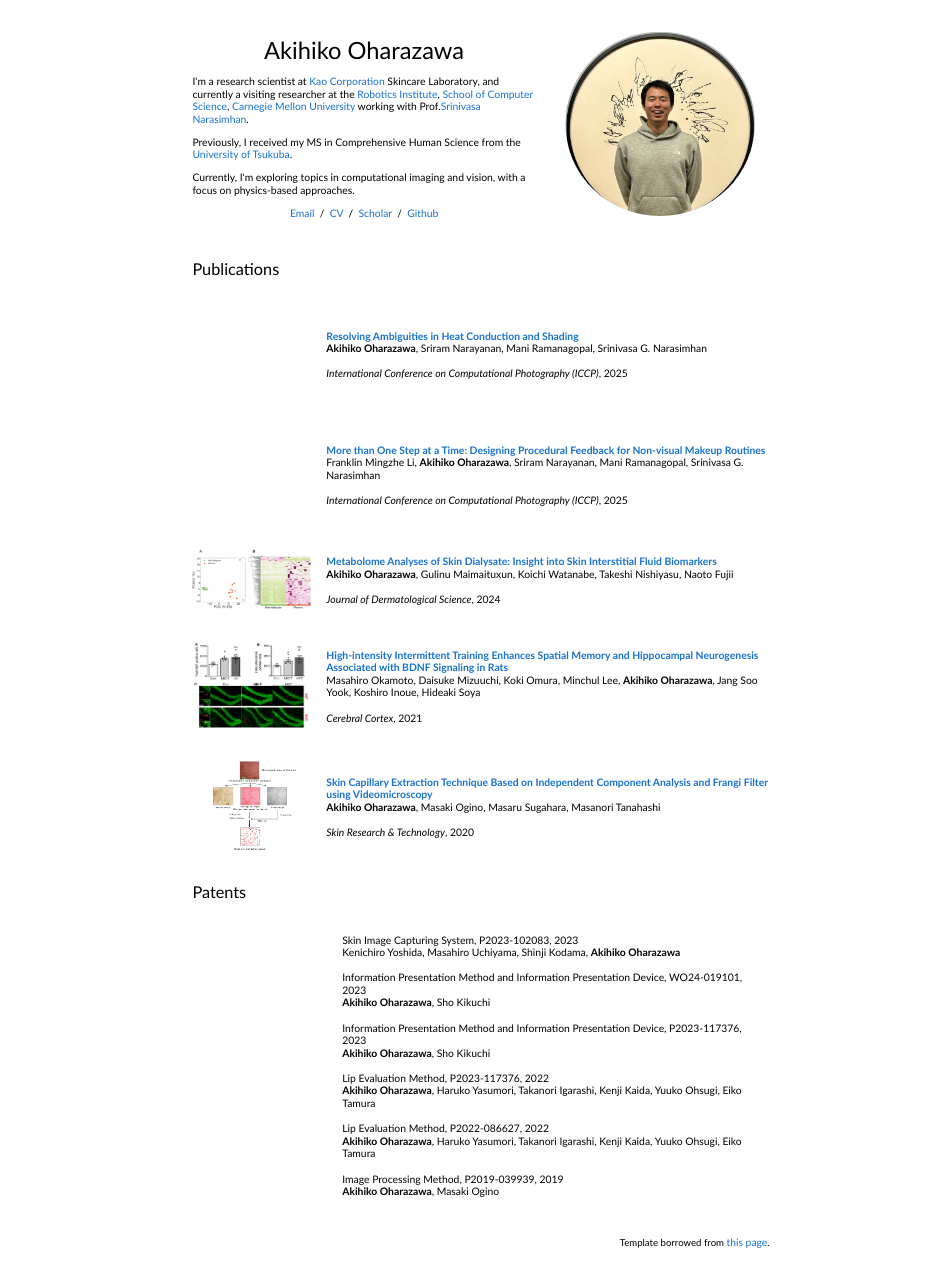
Repository: akihikooharazawa/akihikooharazawa.github.io
Page: index.html
An editor plug-in stored every save of this project. The page is shown before and after the next save, followed by the edit.
The browser window is 1280 px wide. The pictures show the whole page, at 74% of full size.
Pictures or frames that could not be fetched are drawn as grey boxes.

Above is the page before, as saved 2025-07-25 11:29:04.

After the next save:
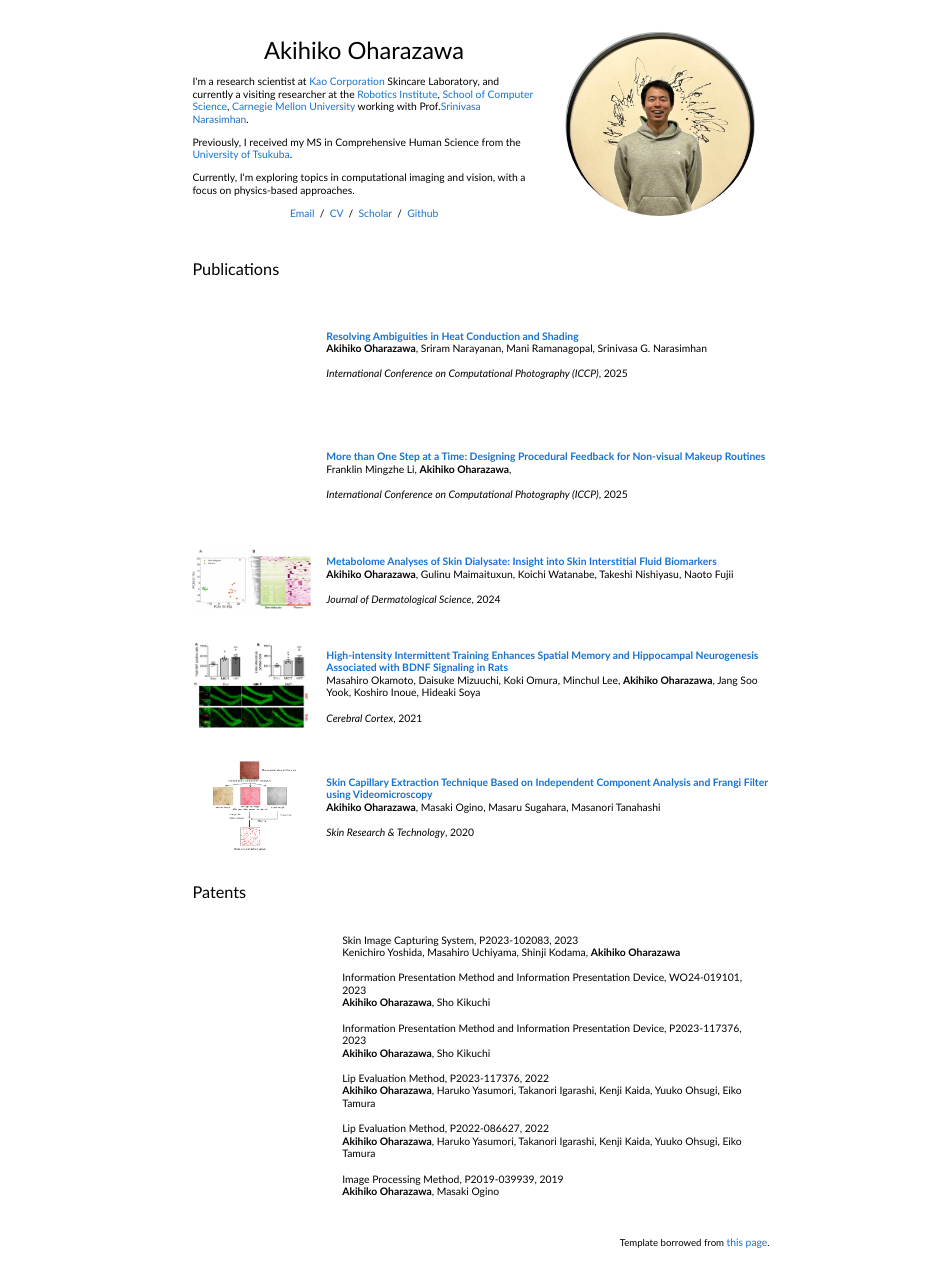
Saved 7 s later.
--- a/index.html
+++ b/index.html
@@ -96,7 +96,7 @@
                   <span class="papertitle">More than One Step at a Time: Designing Procedural Feedback for Non-visual Makeup Routines</span>
                 </a>
                 <br>
-                Franklin Mingzhe Li, <strong>Akihiko Oharazawa</strong>, Sriram Narayanan, Mani Ramanagopal, Srinivasa G. Narasimhan
+                Franklin Mingzhe Li, <strong>Akihiko Oharazawa</strong>,
                 <br>
                 <br>
                 <em>International Conference on Computational Photography (ICCP)</em>, 2025
